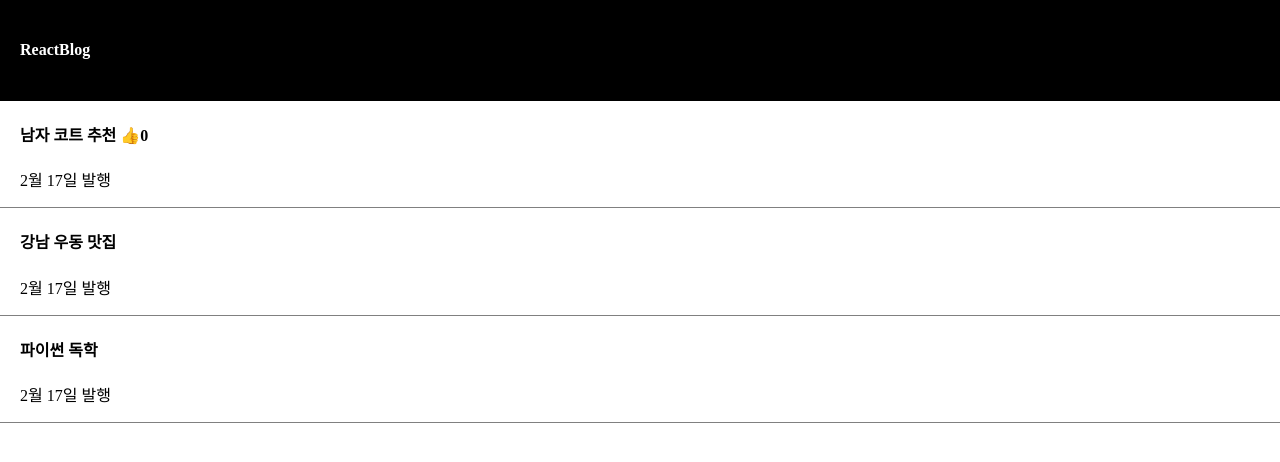
Repository: thinkseaweave/applecoding
Page: /
An editor plug-in stored every save of this project. The page is shown before and after the next save, followed by the edit.
The browser window is 1280 px wide. The pictures show the whole page.
The project was rebuilt for these pictures with package versions that can differ from the ones it lists, and the page was loaded fresh each time. Also part of the build but not shown: vite.config.js, src/index.css.

Above is the page before, as saved 2025-01-26 14:30:16.

### src/App.jsx
/* eslint-disable */

import { useState } from "react";
import "./App.css";

function App() {
  const post = "강남 우동 맛집";
  let [글제목, b] = useState([
    "남자 코트 추천",
    "강남 우동 맛집",
    "파이썬 독학",
  ]);
  let [따봉, 따봉변경] = useState(0);

  function 함수() {
    console.log(1);
  }

  return (
    <div className="App">
      <div className="black-nav">
        <h4>ReactBlog</h4>
      </div>
      <div className="list">
        <h4>
          {글제목[0]}{" "}
          <span
            onClick={() => {
              따봉변경(따봉 + 1);
            }}
          >
            👍
          </span>
          {따봉}
        </h4>
        <p> 2월 17일 발행</p>
      </div>
      <div className="list">
        <h4>{글제목[1]}</h4>
        <p> 2월 17일 발행</p>
      </div>
      <div className="list">
        <h4>{글제목[2]}</h4>
        <p> 2월 17일 발행</p>
      </div>
      {/* <h4 style={{ color: "blue", fontSize: "30px" }}>{post}</h4> */}
    </div>
  );
}

export default App;

### src/App.css
body {
  margin: 0;
}

div {
  box-sizing: border-box;
}
.list {
  text-align: left;
  padding-left: 20px;
  border-bottom: 1px solid grey;
}

.black-nav {
  background: black;
  width: 100%;
  display: flex;
  color: white;
  padding: 20px;
}

Loaded but not shown: index.html (common file); src/main.jsx (common file)

After the next save:
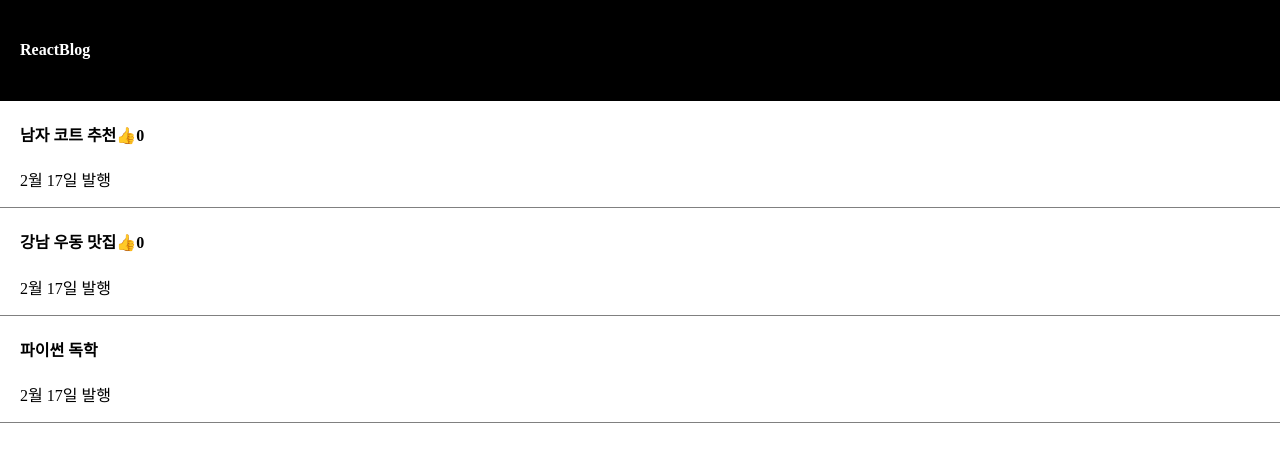
Saved 13 s later.
--- a/src/App.jsx
+++ b/src/App.jsx
@@ -23,7 +23,7 @@ function App() {
       </div>
       <div className="list">
         <h4>
-          {글제목[0]}{" "}
+          {글제목[0]}
           <span
             onClick={() => {
               따봉변경(따봉 + 1);
@@ -36,7 +36,17 @@ function App() {
         <p> 2월 17일 발행</p>
       </div>
       <div className="list">
-        <h4>{글제목[1]}</h4>
+        <h4>
+          {글제목[1]}
+          <span
+            onClick={() => {
+              따봉변경(따봉 + 1);
+            }}
+          >
+            👍
+          </span>
+          {따봉}
+        </h4>
         <p> 2월 17일 발행</p>
       </div>
       <div className="list">
